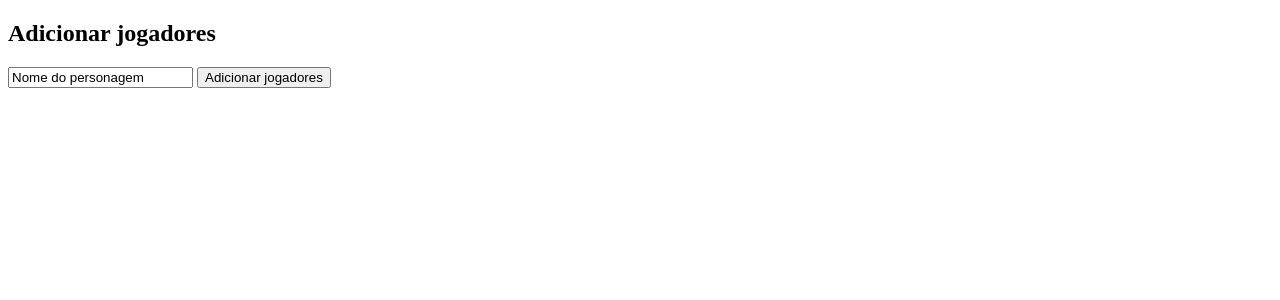
Repository: marcioresidenty/Classificador-de-Nivel-de-Heroi
Page: DesafioNivelDeHeroi/webapp/index.html
These files come from the project's save history. The page is drawn as it stood at one moment and after the next save; the edit follows.
The browser window is 1280 px wide. The pictures show the whole page.

Above is the page before, as saved 2024-11-22 19:59:17.

After the next save:
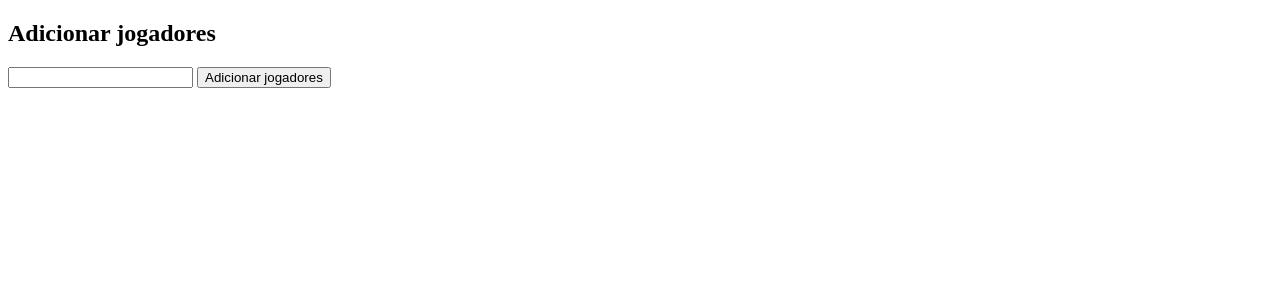
Saved 18 s later.
--- a/DesafioNivelDeHeroi/webapp/index.html
+++ b/DesafioNivelDeHeroi/webapp/index.html
@@ -7,7 +7,7 @@
 </head>
 <body>
 <h2> Adicionar jogadores </h2>
-<input type="text" name="nome" id="nome"value="Nome do personagem">
+<input type="text" name="nome" id="nome">
 <button>Adicionar jogadores</button>
 </body>
 </html>
